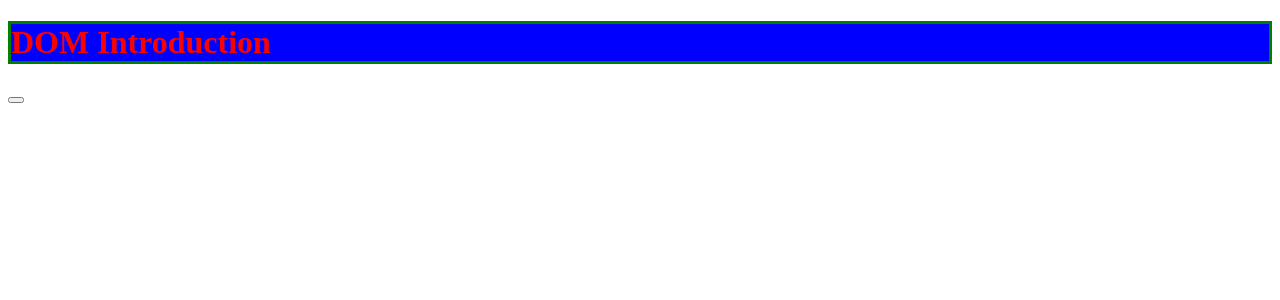
Repository: jadon1281/Imersion_Project
Page: DOM/index.html
These files come from the project's save history. The page is drawn as it stood at one moment and after the next save; the edit follows.
The browser window is 1280 px wide. The pictures show the whole page.

Above is the page before, as saved 2025-06-10 13:06:23.
Console error: ReferenceError: documents is not defined

### DOM/index.html
<!DOCTYPE html>
<html lang="en">
<head>
    <meta charset="UTF-8">
    <meta name="viewport" content="width=device-width, initial-scale=1.0">
    <title>Document</title>
    <link rel="stylesheet" href="./style.css">
</head>
<body>
    <h1 id="head"> DOM Introduction</h1>
    <button></button>
    <script src="./script.js"></script>
</body>
</html>

### DOM/script.js
const head = document.getElementById('head');
console.log(head);
head.style.color='red';
head.style.border = "3px solid green";
head.style.backgroundColor="blue";

const btn = documents.getElementById('btn');

btn.addEventListener('click',()=>{
head.style.backgroundColor="grey";

})

Loaded but not shown: DOM/style.css (no stored copy; drawn as an empty file)

After the next save:
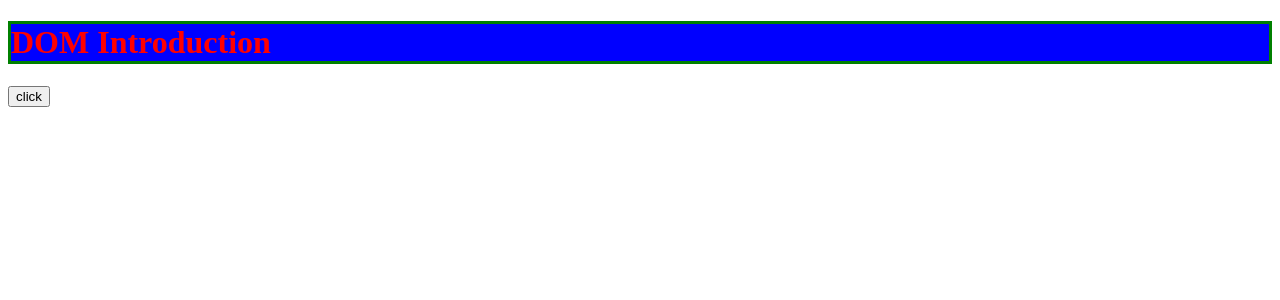
Saved 4 s later.
--- a/DOM/index.html
+++ b/DOM/index.html
@@ -8,7 +8,7 @@
 </head>
 <body>
     <h1 id="head"> DOM Introduction</h1>
-    <button></button>
+    <button>click</button>
     <script src="./script.js"></script>
 </body>
 </html>
